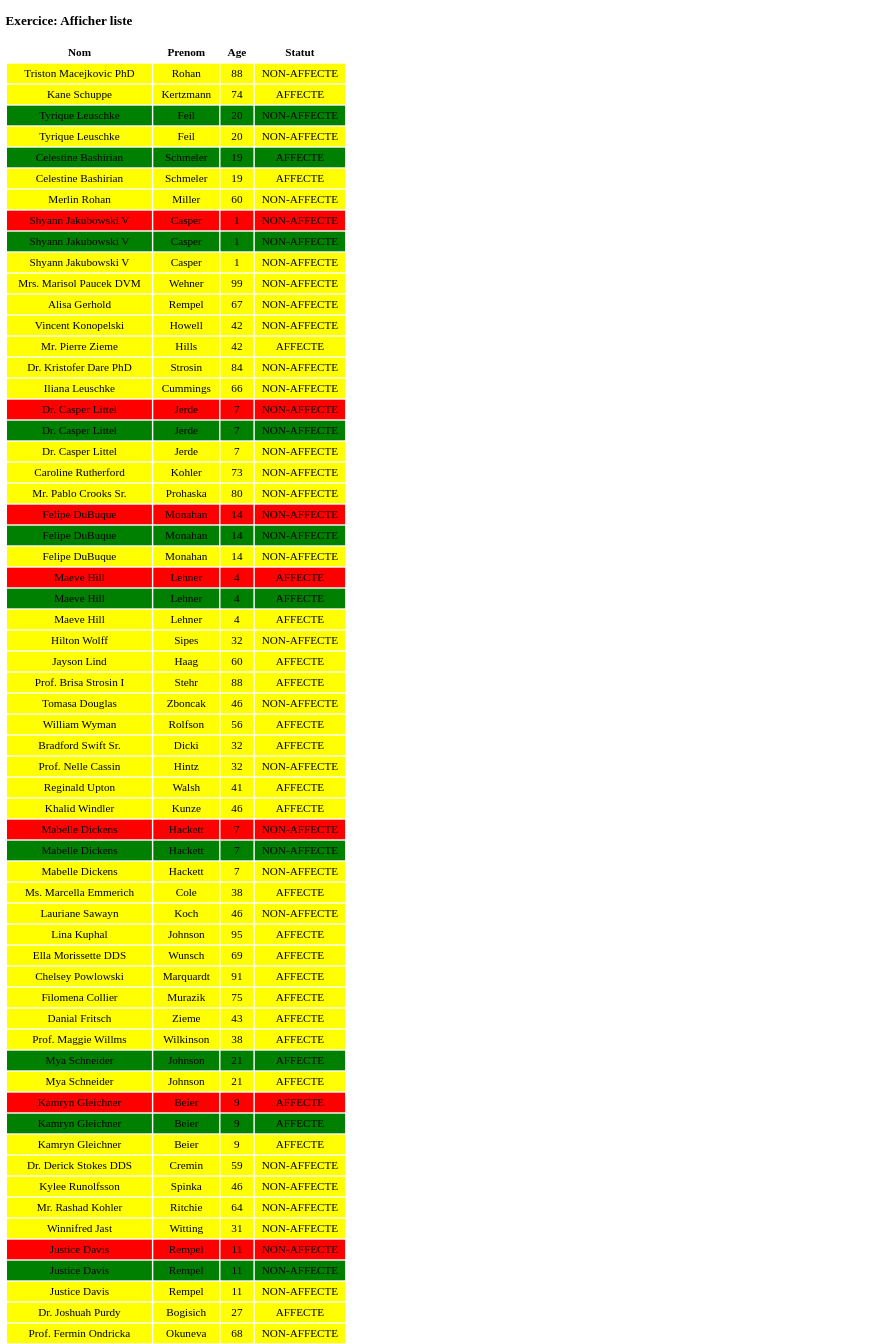
Repository: Bfabien99/PHPREPO
Page: http://localhost/
An editor plug-in stored every save of this project. The page is shown before and after the next save, followed by the edit.
The browser window is 1280 px wide. The pictures show the part of the page from y = 0 to 1920 px (the page is 4029 px tall before and 720 px after), at 70% of full size.
The page is run by PHP 8.4 with error messages shown; the project is at /var/www/html/.

Above is the page before, as saved 2021-12-10 10:43:28.

After the next save:
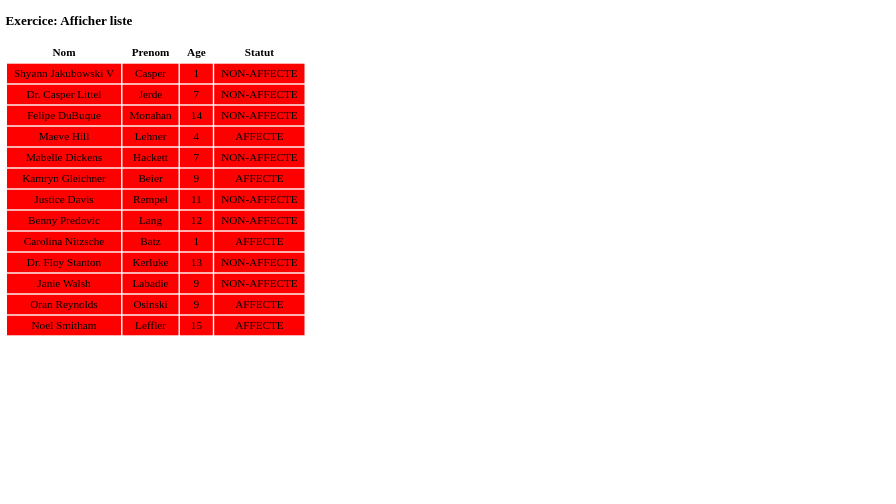
Saved 27 s later.
--- a/MakeFakeData/src/index.php
+++ b/MakeFakeData/src/index.php
@@ -69,19 +69,19 @@
                     <td class="red">'.$value["statut"].'</td>
                     </tr>';
 
-                case $value["age"]>18 && $value["age"]<25:
-                    echo '<tr><td class="green">'.$value["nom"].'</td>
-                    <td class="green">'.$value["prenom"].'</td>
-                    <td class="green">'.$value["age"].'</td>
-                    <td class="green">'.$value["statut"].'</td>
-                    </tr>';
+                // case $value["age"]>18 && $value["age"]<25:
+                //     echo '<tr><td class="green">'.$value["nom"].'</td>
+                //     <td class="green">'.$value["prenom"].'</td>
+                //     <td class="green">'.$value["age"].'</td>
+                //     <td class="green">'.$value["statut"].'</td>
+                //     </tr>';
 
-                case $value["age"] > 25:
-                    echo '<tr><td class="yellow">'.$value["nom"].'</td>
-                    <td class="yellow">'.$value["prenom"].'</td>
-                    <td class="yellow">'.$value["age"].'</td>
-                    <td class="yellow">'.$value["statut"].'</td>
-                    </tr>';
+                // case $value["age"] > 25:
+                //     echo '<tr><td class="yellow">'.$value["nom"].'</td>
+                //     <td class="yellow">'.$value["prenom"].'</td>
+                //     <td class="yellow">'.$value["age"].'</td>
+                //     <td class="yellow">'.$value["statut"].'</td>
+                //     </tr>';
                     # code...
                     break;
 

After the save that followed:
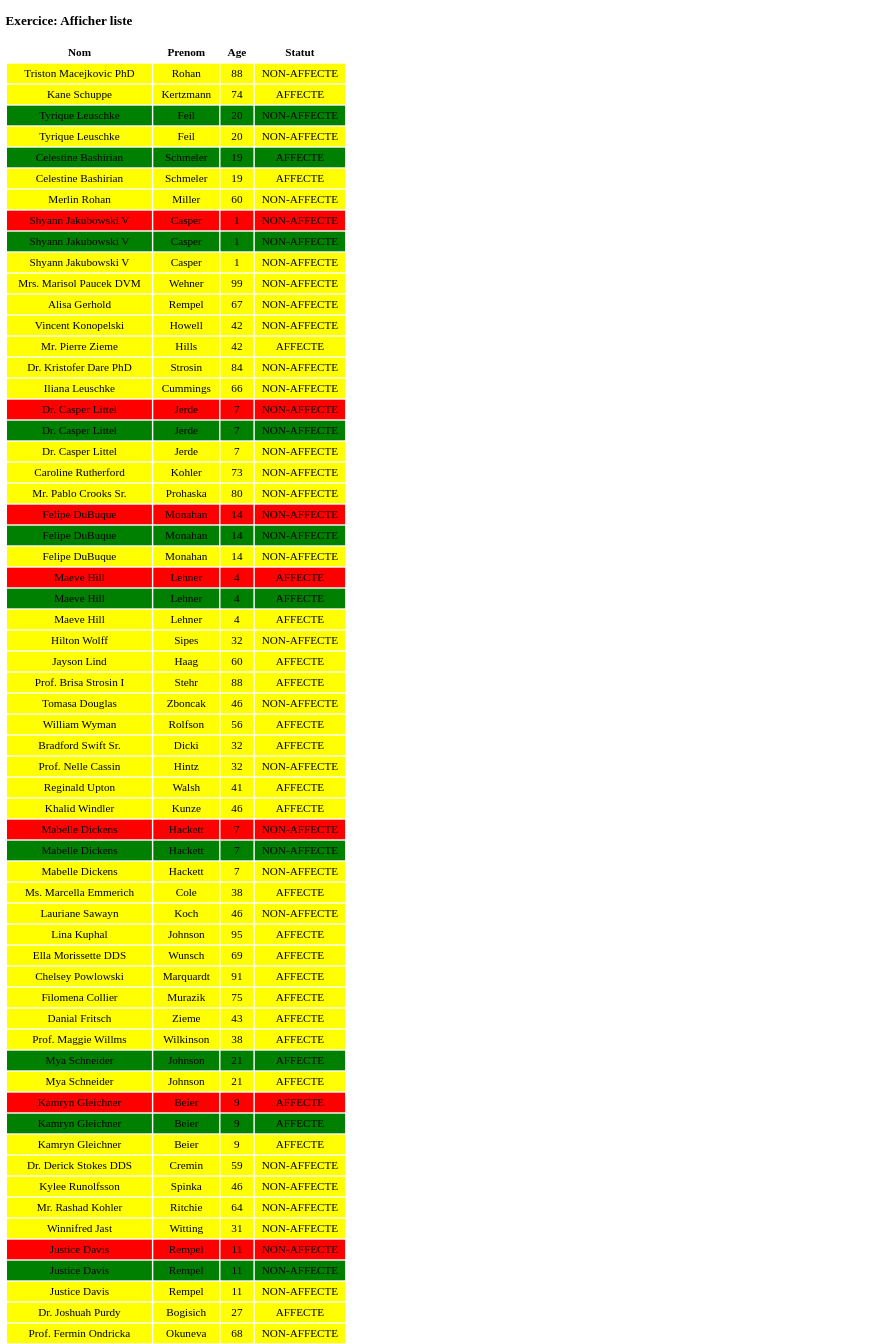
Saved 13 s later.
--- a/MakeFakeData/src/index.php
+++ b/MakeFakeData/src/index.php
@@ -69,19 +69,19 @@
                     <td class="red">'.$value["statut"].'</td>
                     </tr>';
 
-                // case $value["age"]>18 && $value["age"]<25:
-                //     echo '<tr><td class="green">'.$value["nom"].'</td>
-                //     <td class="green">'.$value["prenom"].'</td>
-                //     <td class="green">'.$value["age"].'</td>
-                //     <td class="green">'.$value["statut"].'</td>
-                //     </tr>';
+                case $value["age"]>18 && $value["age"]<25:
+                    echo '<tr><td class="green">'.$value["nom"].'</td>
+                    <td class="green">'.$value["prenom"].'</td>
+                    <td class="green">'.$value["age"].'</td>
+                    <td class="green">'.$value["statut"].'</td>
+                    </tr>';
 
-                // case $value["age"] > 25:
-                //     echo '<tr><td class="yellow">'.$value["nom"].'</td>
-                //     <td class="yellow">'.$value["prenom"].'</td>
-                //     <td class="yellow">'.$value["age"].'</td>
-                //     <td class="yellow">'.$value["statut"].'</td>
-                //     </tr>';
+                case $value["age"] > 25:
+                    echo '<tr><td class="yellow">'.$value["nom"].'</td>
+                    <td class="yellow">'.$value["prenom"].'</td>
+                    <td class="yellow">'.$value["age"].'</td>
+                    <td class="yellow">'.$value["statut"].'</td>
+                    </tr>';
                     # code...
                     break;
 
